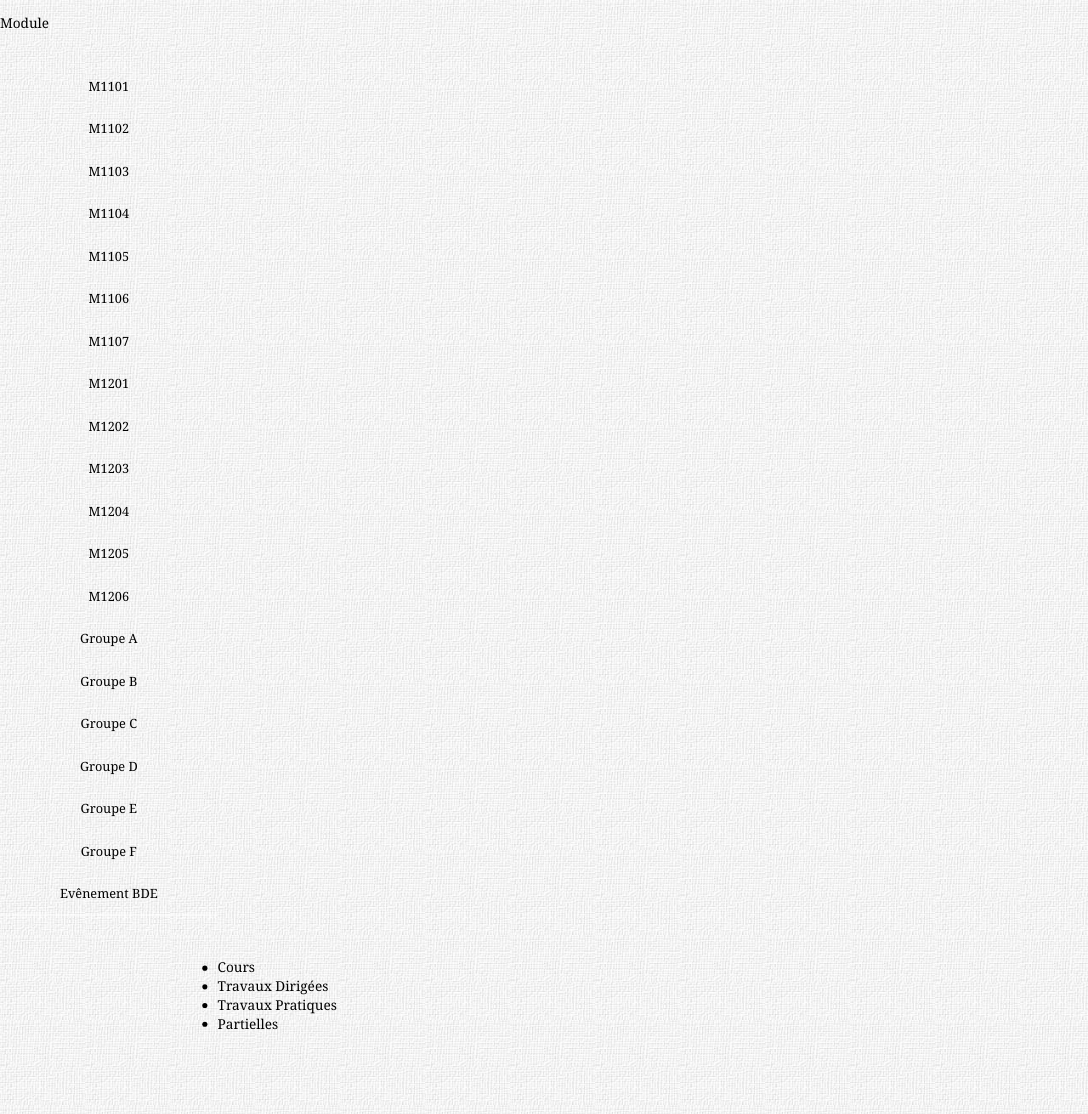
Repository: ValentinArg/PETUT
Page: http://localhost/PETUT/WEB-INF/jsp/eleve/semestre1.jsp
These files come from the project's save history. The page is drawn as it stood at one moment and after the next save; the edit follows.
The browser window is 1280 px wide. The pictures show the whole page, at 85% of full size.
Some web libraries are served in a nearby version. The page is served by Tomcat 9. Nobody is signed in. Other server files are loaded and not shown. The template is opened directly, without the code that normally fills it, so the values that code supplies are empty.

Above is the page before, as saved 2016-10-01 16:17:10.

### PETUT/WebContent/WEB-INF/jsp/eleve/semestre1.jsp
<%@ page language="java" contentType="text/html; charset=ISO-8859-1"
    pageEncoding="ISO-8859-1"%>
<!DOCTYPE html PUBLIC "-//W3C//DTD HTML 4.01 Transitional//EN" "http://www.w3.org/TR/html4/loose.dtd">
<html>
<head>
<meta http-equiv="Content-Type" content="text/html; charset=ISO-8859-1">
<link rel ="stylesheet" href = "/PETUT/css/main.css"/>
<link rel ="stylesheet" href = "/PETUT/css/allSemestres.css"/>
<title>Insert title here</title>
</head>
<body>
	<jsp:include page="../enTete.jsp"/>

	<div class="navigation">
		<ul>
			<li class="parent" id="parent1"><p class="module">M1101</p></li>
			<li class="parent" id="parent2"><p class="module">M1102</p></li>
			<li class="parent" id="parent1"><p class="module">M1103</p></li>
			<li class="parent" id="parent2"><p class="module">M1104</p></li>
			<li class="parent" id="parent1"><p class="module">M1105</p></li>
			<li class="parent" id="parent2"><p class="module">M1106</p></li>
			<li class="parent" id="parent1"><p class="module">M1107</p></li>
			<li class="parent" id="parent2"><p class="module">M1201</p></li>
			<li class="parent" id="parent1"><p class="module">M1202</p></li>
			<li class="parent" id="parent2"><p class="module">M1203</p></li>
			<li class="parent" id="parent1"><p class="module">M1204</p></li>
			<li class="parent" id="parent2"><p class="module">M1205</p></li>
			<li class="parent" id="parent1"><p class="module">M1206</p></li>
			<li class="parent" id="parent1"><p class="module">Groupe A</p></li>
			<li class="parent" id="parent2"><p class="module">Groupe B</p></li>
			<li class="parent" id="parent1"><p class="module">Groupe C</p></li>
			<li class="parent" id="parent2"><p class="module">Groupe D</p></li>
			<li class="parent" id="parent1"><p class="module">Groupe E</p></li>
			<li class="parent" id="parent2"><p class="module">Groupe F</p></li>
			<li class="parent" id="parent1"><p class="module">Evênement BDE</p></li>

		</ul>
	</div>
	<div class="conteneurGeneral">
		<ul class="nav" id="nav">
			<li class="partie"><a>Cours</a></li>
			<li class="partie"><a>Travaux Dirigées</a></li>
			<li class="partie"><a>Travaux Pratiques</a></li>
			<li class="partie"><a>Partielles</a></li>
		</ul>
	</div>

</body>
</html>

### PETUT/WebContent/WEB-INF/jsp/enTete.jsp
<%@ page language="java" contentType="text/html; charset=ISO-8859-1"
    pageEncoding="ISO-8859-1"%>
<!DOCTYPE html PUBLIC "-//W3C//DTD HTML 4.01 Transitional//EN" "http://www.w3.org/TR/html4/loose.dtd">
<html>
<head>
	<meta http-equiv="Content-Type" content="text/html; charset=ISO-8859-1">
	<title>Insert title here</title>
	<link rel ="stylesheet" href = "/PE2I/css/main.css"/>
	<script src="https://code.jquery.com/jquery-1.12.4.js"></script>
  	<script src="https://code.jquery.com/ui/1.12.1/jquery-ui.js"></script>

</head>
<body>
	<div class=enTete>
		<p class="boutonHautBas" id="boutonHautBas">Module</p>
		<ul class="nav" id="nav">
			<c:forEach var="forum" items="${listeForum}">
				<li class=" partie"><a class="forum" id="${forum.id}"><c:out value="${forum.nom}"/></a></li>
			</c:forEach>
			<!-- <li class="partie" id="banniere"><a>PETUT</a></li>-
			<li class=" partie"><a class="forum" id="1">Cours</a></li>
			<li class="partie"><a class="forum" id="2">Travaux Dirigées</a></li>
			<li class="partie"><a class="forum" id="3">Travaux Pratiques</a></li>
			<li class="partie"><a class="forum" id="4">Partiels</a></li>
			<li class="partie"><a>Mon Compte</a></li>-->
		</ul>
	</div>

</body>
</html>

### PETUT/WebContent/css/main.css
@CHARSET "ISO-8859-1";

@CHARSET "UTF-8";
/* Général ------------------------------------------------------------------------------------- */

html {
  height: 100%;
  box-sizing: border-box;
}

*,
*:before,
*:after {
  box-sizing: inherit;
}

body {
	background-image : url(../images/fond.jpg);
	position: relative;
 	margin: 0;
  padding-bottom: 6rem;
  min-height: 100%;
}

body,p,legend, label, input {
    font: normal 8pt;
    font-family:  Georgia, serif;
}

header img {
	width:470px;
	display:inline;
}
header .logoiut{
	height:135px;
	width:215px;
}
header{

	height:135px;
	margin-left:auto;
	margin-right:auto;
	background-image : url(../images/fondbanniere.jpg);
	width:85%;
	min-width:880px;
}
nav {
	width:85%;
	min-width:880px;
	margin-left:auto;
	margin-right:auto;
	text-align:left;

}
.general{
	width:85%;
	min-width:880px;
	margin-left:auto;
	margin-right:auto;
	background-image:url(../images/fondgeneral.jpg);
	padding-top:30px;
	padding-bottom:10px;
	min-height:69vh;
	margin-bottom:-24px;
}
footer {
	width:85%;
	min-width:880px;
	margin-left:auto;
	margin-right:auto;
	font-size:80%;
	position: absolute;
  	right: 0;
  	bottom: 0;
  	left: 0;
  	padding: 1rem;
  	margin-top:0;
	background-image:url(../images/fondgeneral.jpg);
}

### PETUT/WebContent/css/allSemestres.css
.parent{

	list-style:none;
	font-size:15px;
	cursor:pointer;
	width:100%;
	display:inline-block;

}

.navigation ul{
	width:100%;
	display:inline-block;

}




ul{
	margin:0;
	padding:0;
}

.ue {

	border-top:solid 1px white;
	display:block;
	padding:10px;
	text-align:center;
	background-color:#4CAF50;
	margin:0;
}

.ue:hover{
	color:white;
}

.module p{

	border:none;
	border-bottom:solid 1px white;
	display: block;
	padding:10px;
	text-align:center;
	background-color:#333;
	margin:0;


}

.module p:hover{
	color:white;
	cursor:pointer;
}

.semestres{
	background-color:#4CAF50;

}

a{
	cursor:pointer;
}





body{

	margin:0;
	padding:0;
}



.navigation{

	display:inline-block;
	list-style : none;
	margin:0;
	padding:0;
	position: relative;
	z-index:5;
	width:20%;
	border-bottom:solid 1px white;
	text-align:center;
	height:95.5%;
	max-height:95.3%;
	overflow: auto;


}

.conteneurGeneral{
	text-align:justify;
	display:inline-block;
	height:100%;
	position:relative;
	width: 80%;
	margin:0;
	margin-left:20%;
	padding:0;
	margin-top:50px;
	vertical-align:top;

}

.selection{
	display:block;
	vertical-align:top;
	list-style : none;
	margin:0;
	background: Grey;
	z-index:5;
	height:4.7%;
	border-bottom:solid 1px white;
	text-align: center;

}



.type {
	display: inline-block;
	padding:8px;
	font-size:20px;
	height:20px;
	vertical-align:top;
	width:20%;

}

.type p {
	margin:0;
	padding:0;
	color:white;
	cursor:pointer;
}

.type:hover{
	background:#333;

}

.tableauTopic{
	text-align: center;
	position:relative;
	display:block;

}

After the next save:
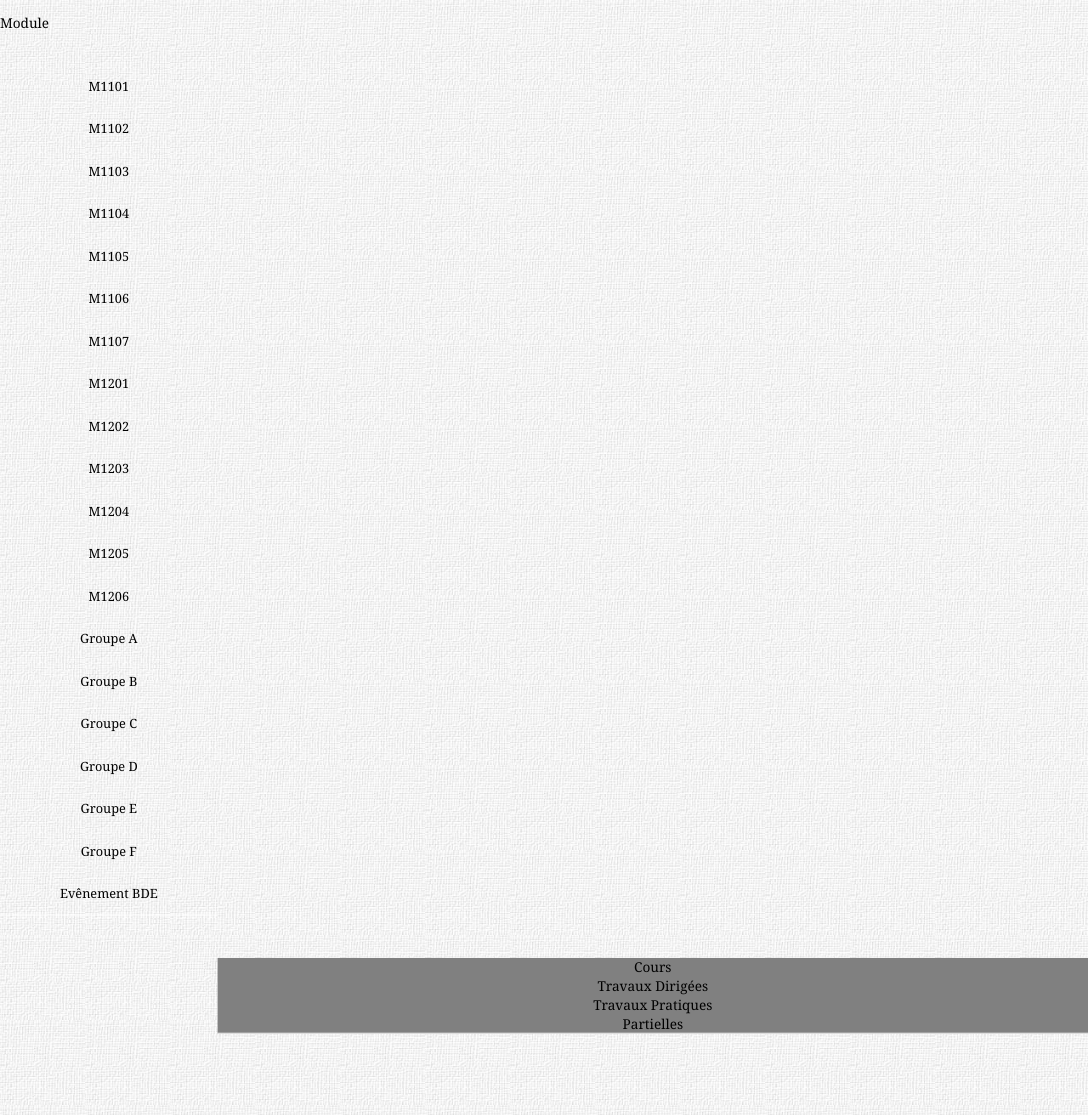
Saved 59 s later.
--- a/PETUT/WebContent/WEB-INF/jsp/eleve/semestre1.jsp
+++ b/PETUT/WebContent/WEB-INF/jsp/eleve/semestre1.jsp
@@ -37,7 +37,7 @@
 		</ul>
 	</div>
 	<div class="conteneurGeneral">
-		<ul class="nav" id="nav">
+		<ul class="selection" id="selection">
 			<li class="partie"><a>Cours</a></li>
 			<li class="partie"><a>Travaux Dirigées</a></li>
 			<li class="partie"><a>Travaux Pratiques</a></li>
